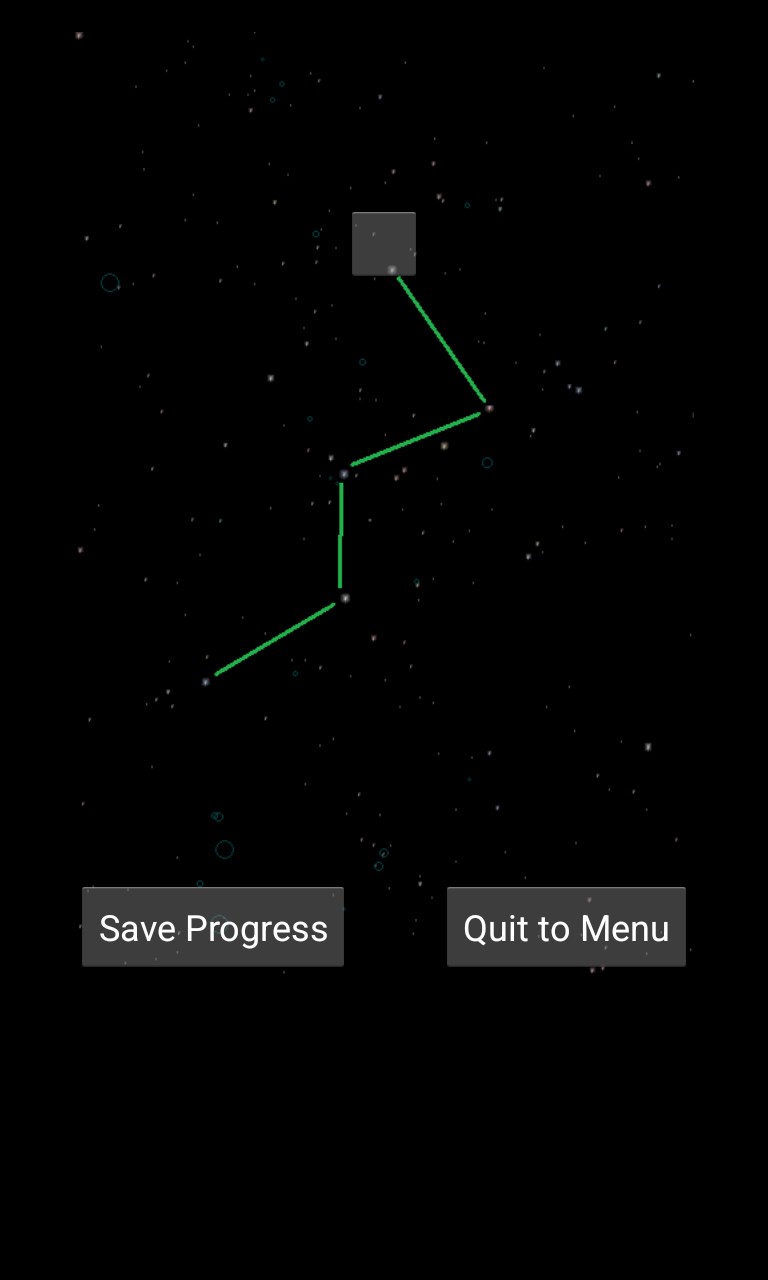
Repository: MoffMade/CSCE315-Android-App
Layout: Constellation Explorer Eclipse Project/Constellation Explorer/res/layout/activity_star_map.xml
These files come from the project's save history. The layout is drawn as it stood at one moment and after the next save; the edit follows.
It is drawn on a 768 x 1280 px phone screen (xhdpi) without system bars, with theme AppTheme; the app's code is not run.

Above is the layout before, as saved 2013-11-12 04:08:36.

### Constellation Explorer Eclipse Project/Constellation Explorer/res/layout/activity_star_map.xml
<RelativeLayout xmlns:android="http://schemas.android.com/apk/res/android"
    xmlns:tools="http://schemas.android.com/tools"
    android:layout_width="match_parent"
    android:layout_height="match_parent"
    android:paddingBottom="@dimen/activity_vertical_margin"
    android:paddingLeft="@dimen/activity_horizontal_margin"
    android:paddingRight="@dimen/activity_horizontal_margin"
    android:paddingTop="@dimen/activity_vertical_margin"
    tools:context=".StarMapActivity"
    android:background="@color/black">

    <ImageView
        android:id="@+id/imageView1"
        android:layout_width="wrap_content"
        android:layout_height="wrap_content"
        android:layout_alignParentTop="true"
        android:layout_centerHorizontal="true"
        android:src="@drawable/cassiopeia" />

    <Button
        android:id="@+id/Button01"
        android:layout_width="wrap_content"
        android:layout_height="wrap_content"
        android:layout_alignBottom="@+id/imageView1"
        android:layout_alignRight="@+id/imageView1"
        android:text="@string/quit_button"
        android:textColor="@color/main_menu_text_color"
        android:onClick="returnToMainActivity" />

    <Button
        android:id="@+id/button1"
        android:layout_width="wrap_content"
        android:layout_height="wrap_content"
        android:layout_alignBottom="@+id/imageView1"
        android:layout_alignLeft="@+id/imageView1"
        android:text="@string/save_button"
        android:textColor="@color/main_menu_text_color" />

    <Button
        android:id="@+id/button2"
        style="?android:attr/buttonStyleSmall"
        android:layout_width="40dp"
        android:layout_height="40dp"
        android:layout_alignTop="@+id/imageView1"
        android:layout_centerHorizontal="true"
        android:layout_marginTop="86dp" />

</RelativeLayout>

### Constellation Explorer Eclipse Project/Constellation Explorer/res/values/styles.xml
<resources>

    <!--
        Base application theme, dependent on API level. This theme is replaced
        by AppBaseTheme from res/values-vXX/styles.xml on newer devices.
    -->
    <style name="AppBaseTheme" parent="android:Theme.Light">
        <!--
            Theme customizations available in newer API levels can go in
            res/values-vXX/styles.xml, while customizations related to
            backward-compatibility can go here.
        -->
    </style>

    <!-- Application theme. -->
    <style name="AppTheme" parent="AppBaseTheme">
        <!-- All customizations that are NOT specific to a particular API-level can go here. -->
    </style>
    <color name="main_menu_text_color">#FFFFFF</color>
	<color name="black">#000000</color>
    <style name="load_game_spinner_theme" parent="@android:Theme">
        <item name="android:spinnerItemStyle">@style/SpinnerItem</item>
    </style>

    <style name="SpinnerItem" parent="@android:style/Widget.TextView.SpinnerItem">
        <item name="android:textColor">#FFFFFF</item>
    </style>


</resources>

### Constellation Explorer Eclipse Project/Constellation Explorer/res/values/strings.xml
<?xml version="1.0" encoding="utf-8"?>
<resources>

    <string name="app_name">Constellation Explorer</string>
    <string name="action_settings">Settings</string>
    <string name="new_game_button">Start New Game</string>
    <string name="load_game_button">Load Game</string>
    <string name="help_button">Help</string>
    <string name="help_return_button">Back to Main Menu</string>
    <string name="title_activity_load_game">Load Game</string>

    <string-array name="saved_game_list">
        <item>Game 1</item>
        <item>Game 2</item>
        <item>Game 3</item>
    </string-array>

    <string name="help_text">TEST TEXT FOR HELP MENU\n\n*Use Buttons to navigate\n\n\nAuthors: CSCE315 Team E</string>
    <string name="title_activity_help">Help</string>
    <string name="load_game_helper_text">Tap to select the Game you wish to load:</string>
    <string name="load_game_back">Go Back to Main Menu</string>
    <string name="load_game_select">Start Selected Game</string>
    <string name="title_activity_star_map">Star Map</string>
    <string name="hello_world">Hello world!</string>
    <string name="title_activity_game">Game</string>
    <string name="title_activity_star_data">Star Data</string>
    <string name="quit_button">Quit to Menu</string>
    <string name="save_button">Save Progress</string>
    <string name="move_left_button">Move Left!</string>
    <string name="move_right_button">Move Right!</string>
	<string name="constellation_tag">Constellation:	</string>
	<string name="right_ascension_tag">Right Ascension: </string>
	<string name="declination_tag">Declination: </string>
	<string name="magnitude_tag">Apparent Magnitude:	 </string>
	<string name="distance_tag">Distance: </string>
	<string name="star_name_tag">Star Name: </string>
	<string name="back_to_star_map">Back to Star Map</string>
</resources>

Loaded but not shown: Constellation Explorer Eclipse Project/Constellation Explorer/res/values-v11/styles.xml (common file); Constellation Explorer Eclipse Project/Constellation Explorer/res/values-v14/styles.xml (common file); Constellation Explorer Eclipse Project/Constellation Explorer/res/values/dimens.xml (common file)

After the next save:
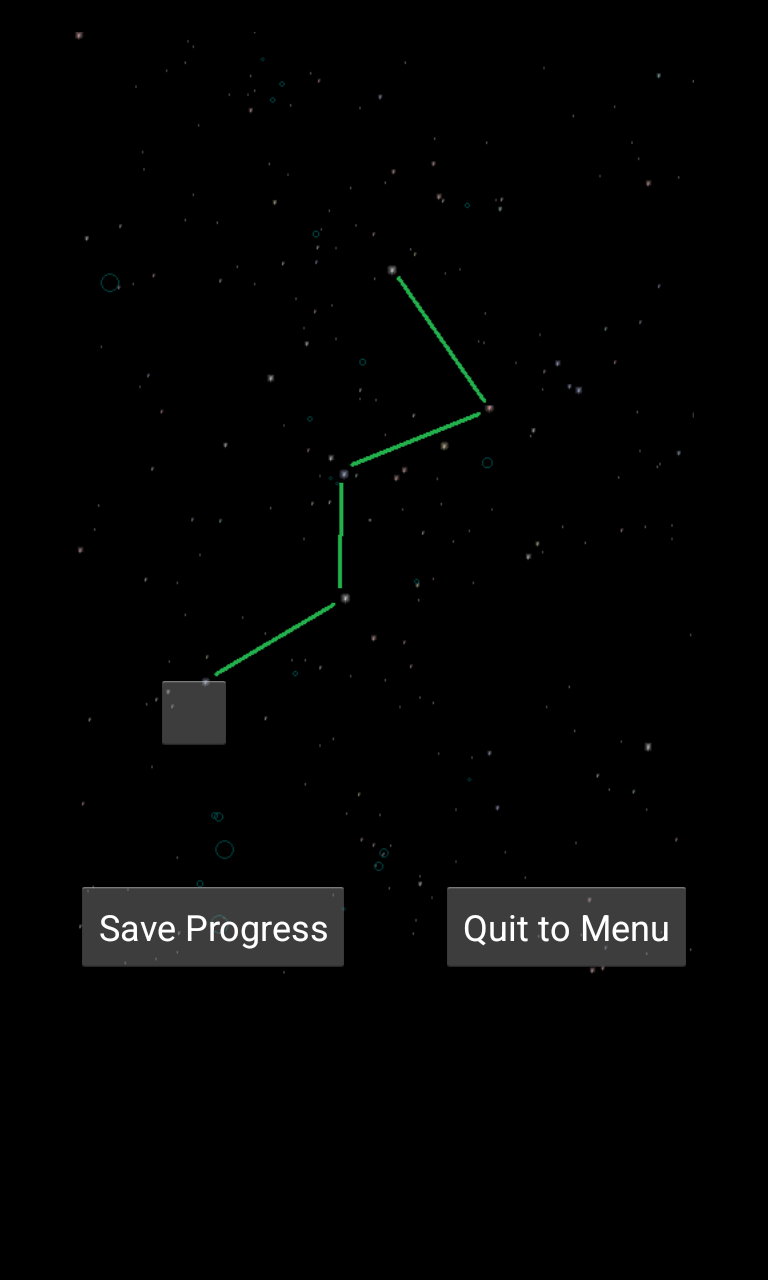
Saved 94 s later.
--- a/Constellation Explorer Eclipse Project/Constellation Explorer/res/layout/activity_star_map.xml
+++ b/Constellation Explorer Eclipse Project/Constellation Explorer/res/layout/activity_star_map.xml
@@ -41,8 +41,10 @@
         style="?android:attr/buttonStyleSmall"
         android:layout_width="40dp"
         android:layout_height="40dp"
-        android:layout_alignTop="@+id/imageView1"
-        android:layout_centerHorizontal="true"
-        android:layout_marginTop="86dp" />
+        android:layout_above="@+id/button1"
+        android:layout_alignLeft="@+id/imageView1"
+        android:layout_marginBottom="63dp"
+        android:layout_marginLeft="40dp"
+        android:onClick="goToGame" />
 
 </RelativeLayout>
